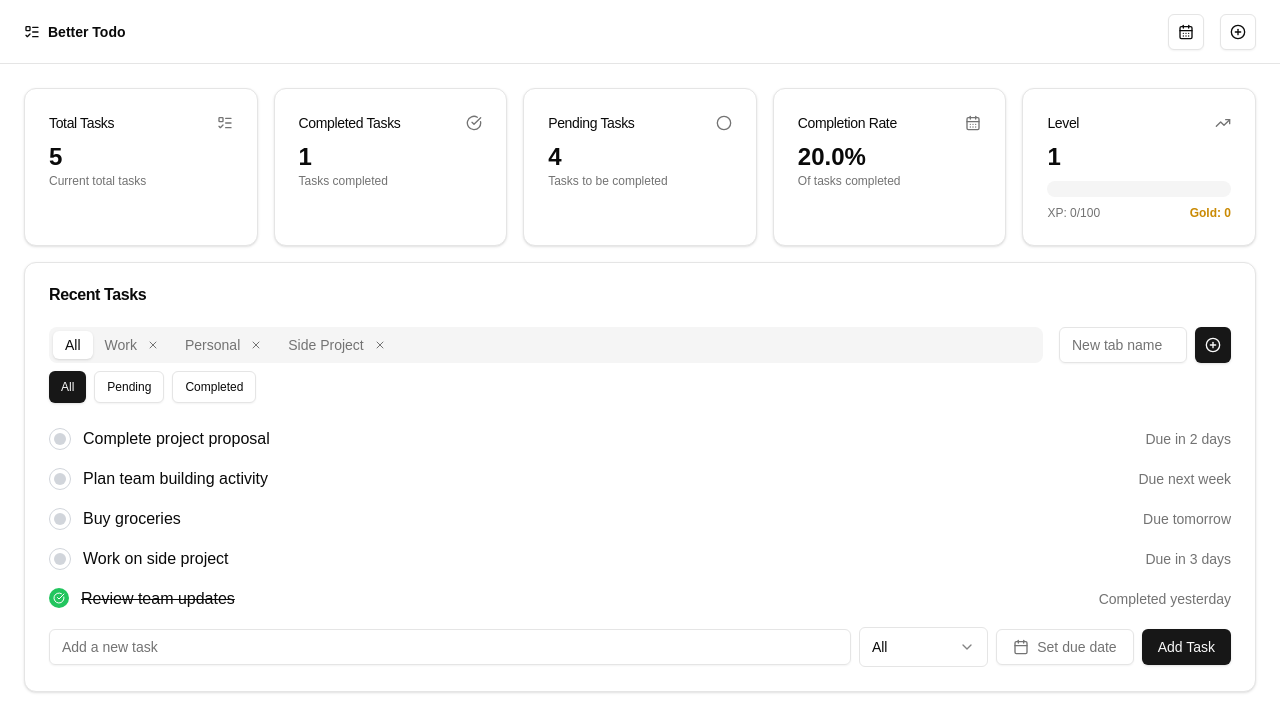
Repository: malikbarbier7/better-todo
Page: /dashboard
The author's editor kept a copy of each file at every save. The page is drawn from the files as they stood at one save, then again after the next save.
The browser window is 1280 px wide. The pictures show the whole page.
The project was rebuilt for these pictures with package versions that can differ from the ones it lists, and the page was loaded fresh each time. The framework's server and built-in components were replaced by stand-ins that run in the browser. Also part of the build but not shown: next.config.js, next.config.mjs, components/ui/calendar.tsx.

Above is the page before, as saved 2024-10-04 12:35:20.

After the next save:
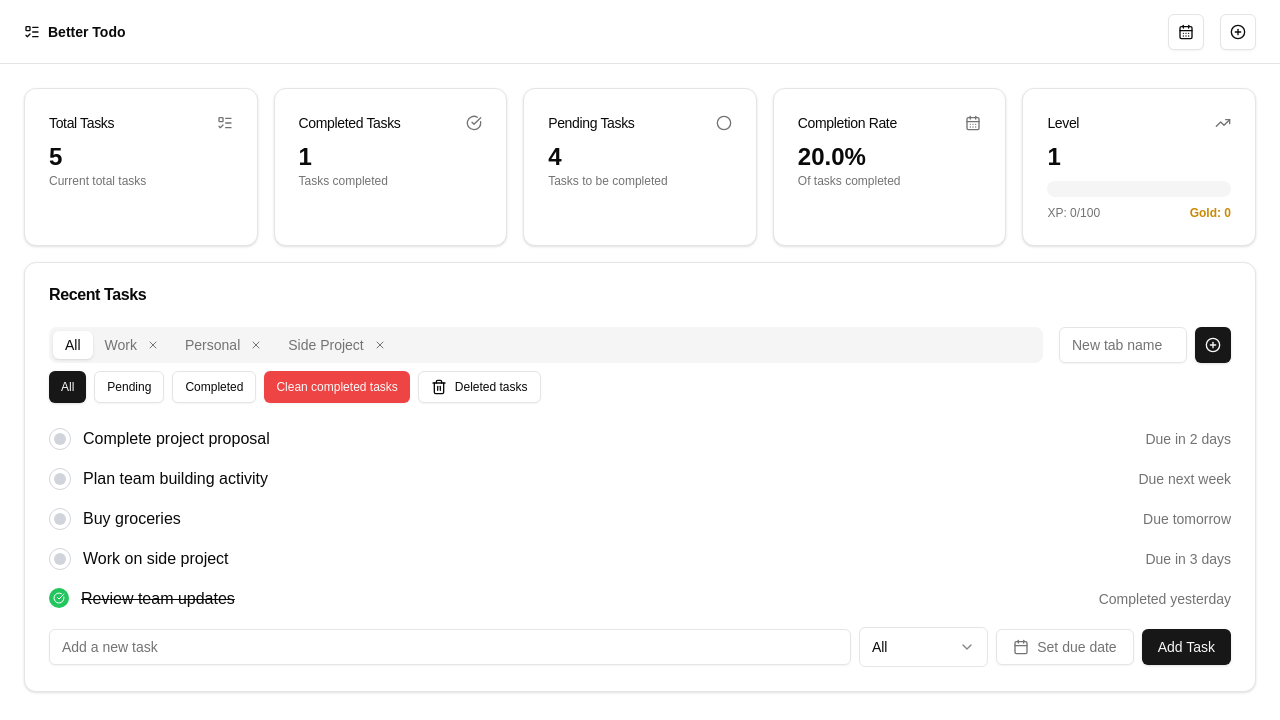
Saved 42 min 33 s later.
--- a/components/dashboard.tsx
+++ b/components/dashboard.tsx
@@ -5,7 +5,7 @@ import { Button } from "@/components/ui/button"
 import { Card, CardContent, CardHeader, CardTitle } from "@/components/ui/card"
 import { Input } from "@/components/ui/input"
 import { Tabs, TabsContent, TabsList, TabsTrigger } from "@/components/ui/tabs"
-import { CalendarDays, CheckCircle, Circle, ListTodo, PlusCircle, X, ChevronDown, TrendingUp, Calendar as CalendarIcon } from "lucide-react"
+import { CalendarDays, CheckCircle, Circle, ListTodo, PlusCircle, X, ChevronDown, TrendingUp, Calendar as CalendarIcon, Trash2 } from "lucide-react"
 import { Progress } from "@/components/ui/progress"
 import {
   Select,
@@ -55,6 +55,7 @@ export function Dashboard() {
   const [level, setLevel] = React.useState(1)
   const [xp, setXp] = React.useState(0)
   const [gold, setGold] = React.useState(0)
+  const [deletedTasks, setDeletedTasks] = React.useState<Array<any>>([])
 
   const handleAddTab = () => {
     if (newTabName && !tabs.includes(newTabName)) {
@@ -153,6 +154,32 @@ export function Dashboard() {
   const gainGold = () => {
     const goldEarned = Math.floor(Math.random() * 5) + 1; // Génère un nombre entre 1 et 5
     setGold(prevGold => prevGold + goldEarned);
+  };
+
+  const handleCleanCompletedTasks = () => {
+    setTasks(prevTasks => {
+      const updatedTasks: { [key: string]: any[] } = {};
+      const newDeletedTasks: any[] = [];
+
+      for (const category in prevTasks) {
+        updatedTasks[category] = prevTasks[category].filter(task => {
+          if (task.status === 'completed') {
+            newDeletedTasks.push(task);
+            return false;
+          }
+          return true;
+        });
+      }
+
+      setDeletedTasks(prev => [...prev, ...newDeletedTasks]);
+      return updatedTasks;
+    });
+  };
+
+  const handleShowDeletedTasks = () => {
+    // Cette fonction pourrait ouvrir une modal ou naviguer vers une nouvelle page
+    // Pour cet exemple, nous allons simplement afficher une alerte
+    alert('Deleted tasks: ' + JSON.stringify(deletedTasks));
   };
 
   // Calculer le nombre total de tâches
@@ -334,6 +361,21 @@ export function Dashboard() {
                       >
                         Completed
                       </Button>
+                      <Button
+                        size="sm"
+                        variant="destructive"
+                        onClick={handleCleanCompletedTasks}
+                      >
+                        Clean completed tasks
+                      </Button>
+                      <Button
+                        size="sm"
+                        variant="outline"
+                        onClick={handleShowDeletedTasks}
+                      >
+                        <Trash2 className="w-4 h-4 mr-2" />
+                        Deleted tasks
+                      </Button>
                     </div>
                   </div>
                 </div>
